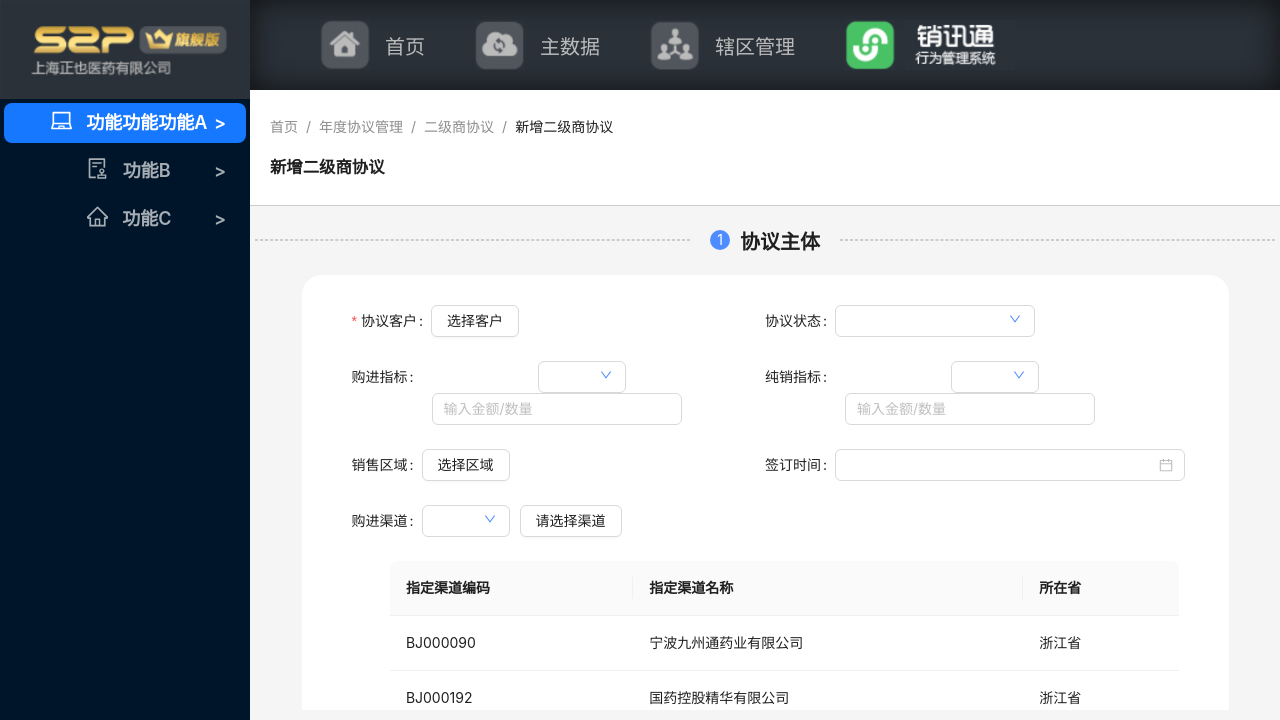
Repository: XiChips/questionB
Page: /
The author's editor kept a copy of each file at every save. The page is drawn from the files as they stood at one save, then again after a run of saves.
The browser window is 1280 px wide. The pictures show the whole page.
An inner scrolling area shows only its first screen. The project was rebuilt for these pictures with package versions that can differ from the ones it lists, and the page was loaded fresh each time. Also part of the build but not shown: vue.config.js.

Above is the page before, as saved 2024-02-28 14:14:49.

### src/main.js
import { createApp } from 'vue'
import App from './App.vue'
import router from './router'
import store from './store'
import { setupAntd } from './ant-design-vue/index'
import { message } from "ant-design-vue";
import './assets/css/index.css'
// import axios from "axios";
// moment.locale('zh-cn')
const app = createApp(App)
setupAntd(app)
// app.use(Button).use(Layout)
app.use(store).use(router).mount('#app')



// app.config.globalProperties.$axios = axios
app.config.globalProperties.$message = message

### src/router/index.js
import { createRouter, createWebHashHistory } from 'vue-router'

const routes = [
  {
    path: '/',
    name: 'home',
    component: () => import('../views/home.vue')
  },
  {
    path: '/about',
    name: 'about',

    component: () => import('../views/AboutView.vue')
  }
]

const router = createRouter({
  history: createWebHashHistory(),
  routes
})

export default router

### src/ant-design-vue/index.js
import { Button, Layout, Image, Form, Checkbox,Radio, Input, Popover, Menu, Drawer, Breadcrumb, Typography, message, Divider, Table, DatePicker, Popconfirm, Space, InputNumber, Select, PageHeader, Steps, Statistic, Transfer, Upload, Switch, Modal, Tabs } from 'ant-design-vue';

// import 'ant-design-vue/dist/antd.min.css'

const components = [
    Button,
    Layout,
    Form,
    Input,
    Menu,
    Breadcrumb,
    Table,
    Popconfirm,
    Select,
    PageHeader,
    Steps,
    Transfer,
    Upload,
    Switch,
    Modal,
    Tabs,
    Statistic,
    InputNumber,
    Space,
    DatePicker,
    Divider,
    Image,
    Typography,
    Drawer,
    Popover,
    Radio,
    Checkbox
]

export function setupAntd(app) {
    components.forEach(component => {
        app.use(component)
    })
    app.config.globalProperties.$message = message
}

### src/assets/css/index.css
body {
    margin: 0;
}

.logo img {
    width: 100%;
}

:where(.css-dev-only-do-not-override-1hsjdkk).ant-menu-dark {
    background-color: rgb(42, 49, 57);
}

.ant-menu .anticon {
    margin-right: 10px;
    font-size   : 18px;
}

.content {
    max-height: 70vh;
    overflow  : auto;
}

.ant-upload-select-picture-card i {
    font-size: 32px;
    color    : #999;
}

.ant-upload-select-picture-card .ant-upload-text {
    margin-top: 8px;
    color     : #666;
}

.ant-upload-list-picture-card .ant-upload-list-item:hover .ant-upload-list-item-info:before {
    left: 0;
}

.ant-page-header {
    background: #fff;
}

.ant-page-header.has-breadcrumb {
    padding: 5px 24px;
}

.ant-menu {
    font-size  : 18px;
    font-weight: 600;
}

.ant-tabs-tab span {
    color      : #000;
    font-weight: bold;
    display    : inline-block;
}


.ant-upload-list-picture-card .ant-upload-list-item-info:before {
    left: 0
}

hr {
    width       : 90%;
    margin      : 0 auto;
    border-color: #99999910;
}

.title {
    background-color: rgb(42, 49, 57);
    display         : flex;
    height          : fit-content;
    padding         : 20px 70px;
    color           : rgb(187, 187, 187);
    box-shadow      : inset 0px 0 30px #111;
}

.title>div {
    margin-right: 50px;
    font-size   : 20px;
}

.title img {
    width         : 50px;
    height        : 50px;
    margin-right  : 15px;
    vertical-align: middle;
}

.title span {
    display         : inline-block;
    vertical-align  : middle;
    /* margin-bottom: 5px; */
}

:where(.css-dev-only-do-not-override-1hsjdkk).ant-menu-inline.ant-menu-root .ant-menu-item>.ant-menu-title-content,
:where(.css-dev-only-do-not-override-1hsjdkk).ant-menu-inline.ant-menu-root .ant-menu-submenu-title>.ant-menu-title-content {
    flex: none;
}

.ant-menu .anticon svg {
    width : 1.5em;
    height: 1.5em;
}

.title2 {
    display        : flex;
    justify-content: space-between;
    align-items    : center;
}

.title2>div {
    width: 300px;
}

.title2 hr {
    height: 1px;
    border: 1px dashed #ccc;
    margin: 0 5px;
}

.title2 span {
    display         : inline-block;
    width           : 20px;
    height          : 20px;
    line-height     : 20px;
    background-color: rgb(79, 140, 255);
    color           : #fff;
    border-radius   : 50%;
    margin-right    : 10px;
    vertical-align  : middle;
}


.title2 p {
    display       : inline-block;
    font-size     : 20px;
    vertical-align: middle;
    font-weight   : bold;
}

.area {
    background-color: #fff;
    border-radius   : 20px;
    width           : 90%;
    margin          : 0 auto;
    padding         : 30px 50px;
    text-align-last : left;
}

.line2 {
    display        : flex;
    justify-content: space-between;
}

.line2>div {
    width: 50%;
}

.area .ant-form-item-control-input {
    width: 25vw;
}

.ant-form-item-control-input-content {
    flex: none !important;
}

:where(.css-dev-only-do-not-override-1hsjdkk).ant-form-item .ant-form-item-label {
    /* position: relative; */
    overflow: visible;
}

:where(.css-dev-only-do-not-override-1hsjdkk).ant-form-item .ant-form-item-label>label.ant-form-item-required:not(.ant-form-item-required-mark-optional)::before {
    position: absolute;
    left    : -12px;
    top     : 7px
}

:where(.css-dev-only-do-not-override-1hsjdkk).ant-select .ant-select-arrow .anticon>svg {
    vertical-align: middle;
}

.areaType {
    display: flex;
    align-items: center;
}

:where(.css-dev-only-do-not-override-1hsjdkk).ant-tabs-card.ant-tabs-top>.ant-tabs-nav .ant-tabs-tab,
:where(.css-dev-only-do-not-override-1hsjdkk).ant-tabs-card.ant-tabs-top>div>.ant-tabs-nav .ant-tabs-tab{
    border-radius: 0;
}

textarea{
    resize: none;
    width: 100%;
    outline: none;
    border: 1px solid #ddd;
    background-color: rgb(248,248,248);
    height: 200px;
}

.btn {
    color: orange;
}

### src/views/home.vue
<template>
  <a-layout>
    <a-layout>
      <a-layout-sider width="250">
        <a-menu theme="dark" v-model:selectedKeys="selectedKeys" v-model:openKeys="openKeys" mode="inline" :style="{ height: '100%', borderRight: 0 }">
          <div class="logo">
            <img src="../assets/images/logo.png" alt="">
          </div>
          <!-- <hr /> -->

          <div v-for="(item, i) in links" style="display: flex;justify-content: space-between;">
            <a-menu-item v-if="item.children == undefined" :key="`item${i}_0`" @click="changeTab(item.name)">
              <LaptopOutlined v-if="item.name == '功能功能功能A'" />
              <AuditOutlined v-if="item.name == '功能B'" />
              <HomeOutlined v-if="item.name == '功能C'" />
              {{ item.name }}
              <span style="position: absolute;right: 20px;">{{ ">" }}</span>
            </a-menu-item>

          </div>
        </a-menu>
      </a-layout-sider>
      <a-layout style="padding: 0px 0px 24px" theme="dark">
        <a-layout-content :style="{ background: 'rgb(245,245,245)', padding: '0px', margin: 0, minHeight: '280px', }">

          <div class="title">
            <div><img src="../assets/images/icon1.png" alt=""><span>首页</span></div>
            <div><img src="../assets/images/icon2.png" alt=""><span>主数据</span></div>
            <div><img src="../assets/images/icon3.png" alt=""><span>辖区管理</span></div>
            <div><img src="../assets/images/icon4.png" alt=""><img src="../assets/images/text.png" style="width: auto;margin-left: -5px;" alt=""></div>
          </div>
          <div style="padding: 10px 20px;background-color: rgb(255,255,255);border-bottom: 1px solid #ccc;">
            <a-breadcrumb :style="{ margin: '36px 20px' }">
              <a-breadcrumb-item>首页</a-breadcrumb-item>
              <a-breadcrumb-item>年度协议管理</a-breadcrumb-item>
              <a-breadcrumb-item>二级商协议</a-breadcrumb-item>
              <a-breadcrumb-item>新增二级商协议</a-breadcrumb-item>
            </a-breadcrumb>
            <h3 style="text-align: left;">
              新增二级商协议
            </h3>
          </div>
          <div class="content">
            <div class="title2">
              <hr>
              <div>
                <span>1</span>
                <p>协议主体</p>
              </div>
              <hr>
            </div>
            <div class="area">
              <a-form :model="formState" autocomplete="off" @finish="onFinish" @finishFailed="onFinishFailed">
                <div class="line2">

                  <a-form-item label="协议客户" :rules="[{ required: true}]">
                    <a-button v-if="visible" @click="selectCustom">选择客户</a-button>
                    <a-select defaultOpen v-if="!visible" v-model:value="inputs.value1c" show-search placeholder="" style="width: 200px" :options="options" :filter-option="filterOption" @focus="handleFocus" @blur="handleBlur" @change="changeCustom"></a-select>
                    <span style="margin-left: 20px;">{{ inputs.value1 }}</span>
                  </a-form-item>
                  <a-form-item label="协议状态">
                    <a-select v-model:value="inputs.value2" placeholder="" style="width: 200px" :options="options2" :filter-option="filterOption" @focus="handleFocus" @blur="handleBlur" @change="handleChange">
                      <template #suffixIcon>
                        <down-outlined style="width: 15px;height: 15px;color: rgb(78,139,254);" />
                      </template>
                    </a-select>
                  </a-form-item>
                </div>
                <div class="line2">
                  <a-form-item label="购进指标">
                    <a-select v-model:value="inputs.value3" placeholder="" style="width: 88px" :options="options3" :filter-option="filterOption" @focus="handleFocus" @blur="handleBlur" @change="handleChange">
                      <template #suffixIcon>
                        <down-outlined style="width: 15px;height: 15px;color: rgb(78,139,254);" />
                      </template>
                    </a-select>
                    <a-input v-model:value="inputs.value3" placeholder="输入金额/数量" style="width: 250px;margin-left: 10px;"></a-input>
                  </a-form-item>
                  <a-form-item label="纯销指标">
                    <a-select v-model:value="inputs.value3" placeholder="" style="width: 88px" :options="options3" :filter-option="filterOption" @focus="handleFocus" @blur="handleBlur" @change="handleChange">
                      <template #suffixIcon>
                        <down-outlined style="width: 15px;height: 15px;color: rgb(78,139,254);" />
                      </template>
                    </a-select>
                    <a-input v-model:value="inputs.value3" placeholder="输入金额/数量" style="width: 250px;margin-left: 10px;"></a-input>
                  </a-form-item>
                </div>
                <div class="line2">
                  <a-form-item label="销售区域">
                    <a-button v-if="visible2" @click="selectArea">选择区域</a-button>
                    <a-select v-if="!visible2" v-model:value="inputs.value7c" placeholder="" style="width: 88px" :options="options4" :filter-option="filterOption" @focus="handleFocus" @blur="handleBlur" @change="changeArea">
                      <template #suffixIcon>
                        <down-outlined style="width: 15px;height: 15px;color: rgb(78,139,254);" />
                      </template>
                    </a-select>
                    <a-button type="primary" v-if="inputs.value7.length" v-for="(item,id) in inputs.value7" style="margin-left: 10px;"><span @click="deleteItem(id)">{{ item }}
                        <close-outlined /></span></a-button>
                  </a-form-item>
                  <a-form-item label="签订时间">
                    <a-date-picker placeholder="" show-time v-model:value="value1" style="width:350px" />
                  </a-form-item>
                </div>
              </a-form>
              <div class="line2">
                <a-form-item label="购进渠道">
                  <a-select v-model:value="inputs.value3" placeholder="" style="width: 88px" :options="options5" :filter-option="filterOption" @focus="handleFocus" @blur="handleBlur" @change="handleChange">
                    <template #suffixIcon>
                      <down-outlined style="width: 15px;height: 15px;color: rgb(78,139,254);" />
                    </template>
                  </a-select>
                  <a-button style="margin-left: 10px;">请选择渠道</a-button>
                </a-form-item>
              </div>

              <div style="padding-left: 3vw;">
                <a-table :dataSource="data" :columns="columns" :pagination="false" />
              </div>

            </div>

            <div class="title2">
              <hr>
              <div>
                <span>2</span>
                <p>产品政策</p>
              </div>
              <hr>
            </div>

            <div style="text-align: left;margin-left: 5%;margin-bottom: 20px;">
              <a-button type="primary">添加产品</a-button>
              <span style="margin-left: 20px;">购进总指标(万元)：<b>￥152.65</b></span>
              <span style="margin-left: 20px;">指标按季度分解(万元):<b>[Q1]￥12.5，[Q2]￥12.5，[Q3] ￥12.5，[Q4]￥12.5</b></span>
              <span style="margin-left: 20px;">纯销总指标(万元):<b>￥152.65</b></span>
            </div>

            <div class="area">
              <div class="areaType">
                <span>产品：</span>
                <a-button style="margin-left: 20px;">选择产品</a-button>
                <a style="margin-left: 20px;">美复胶丸 24粒/盒</a>
                <span style="margin-left: 80px;">协议效期：</span>
                <a-range-picker v-model:value="value4" :placeholder="['','']" :format="dateFormat" />
              </div>
              <a-table :columns="columns2" :data-source="data2" bordered :pagination="false" style="margin-top: 20px;">
                <template #bodyCell="{ column, text, record }">
                  <template v-if="['col1', 'col2', 'col3', 'col4', 'col5', 'col6', 'col7'].includes(column.dataIndex)">
                    <div>
                      <a-input v-model:value="record.key" style="margin: -5px 0" />
                    </div>
                  </template>
                </template>
              </a-table>
              <a-table :columns="columns3" :data-source="data3" bordered :pagination="false" style="margin-top: 20px;">
                <template #bodyCell="{ column, text, record }">
                  <template v-if="['col1',  'col3', 'col5'].includes(column.dataIndex)">
                    <div>
                      <a-input v-model:value="record.key" style="margin: -5px 0" />
                    </div>
                  </template>
                  <template v-if="[ 'col2',  'col4',  'col6'].includes(column.dataIndex)">
                    <div>
                      <a-select v-model:value="record.key" style="width:150px" show-search placeholder="" :options="options" :filter-option="filterOption" @focus="handleFocus" @blur="handleBlur" @change="changeCustom"></a-select>
                    </div>
                  </template>
                  <template v-if="[ 'col7',  'col8'].includes(column.dataIndex)">
                    <div>
                      <a-date-picker placeholder="" v-model:value="value1" style="width:150px" />
                    </div>
                  </template>
                </template>
              </a-table>
            </div>
            <div class="title2">
              <hr>
              <div>
                <span>3</span>
                <p>补充协议</p>
              </div>
              <hr>
            </div>
            <div class="area">
              <a-tabs v-model:activeKey="activeKey2" type="card">
                <a-tab-pane key="1" tab="补充协议1">
                  <div style="display: flex;justify-content: space-between;margin-bottom: 10px;">
                    <span>补充协议：</span>
                    <a-button class="btn">删除</a-button>
                  </div>
                  <textarea></textarea>
                </a-tab-pane>
                <a-tab-pane key="2" tab="补充协议2" force-render>

                </a-tab-pane>
                <a-tab-pane key="3" tab="补充协议3">

                </a-tab-pane>
              </a-tabs>
            </div>

            <div class="save">
              <a-button type="primary">保存</a-button>
            </div>
          </div>
          <!-- <router-view v-else></router-view> -->
        </a-layout-content>
      </a-layout>

    </a-layout>
  </a-layout>
</template>
<script>
import {
  UserOutlined,
  LaptopOutlined,
  NotificationOutlined,
  HomeOutlined,
  TeamOutlined,
  DesktopOutlined,
  BarChartOutlined,
  ContactsOutlined,
  AuditOutlined,
  ScheduleOutlined,
  ToolOutlined,
  FundProjectionScreenOutlined,
  UserSwitchOutlined,
  TransactionOutlined,
  DownOutlined,
  CloseOutlined
} from "@ant-design/icons-vue";
import { defineComponent, ref } from "vue";

export default defineComponent({
  components: {
    UserOutlined,
    LaptopOutlined,
    NotificationOutlined,
    HomeOutlined,
    TeamOutlined,
    DesktopOutlined,
    BarChartOutlined,
    ContactsOutlined,
    AuditOutlined,
    ScheduleOutlined,
    ToolOutlined,
    FundProjectionScreenOutlined,
    UserSwitchOutlined,
    TransactionOutlined,
    DownOutlined,
    CloseOutlined
  },
  name: "home",
  data() {
    return {
      activeKey: 0,
      activeKey2: "1",
      formState: {
        username: "",
        password: "",
      },
      inputs: {
        value1: "",
        value1c: "",
        value2: "",
        value3: "",
        value4: "",
        value7c: "",
        value7: [],
      },
      visible: true,
      visible2: true,
      links: [
        {
          name: "功能功能功能A",
        },
        {
          name: "功能B",
        },
        {
          name: "功能C",
        },
      ],
      options: [{ value: "上海正也医药有限公司", id: "上海正也医药有限公司" }],
      options2: [{ value: "正常", id: "正常" }, { value: "异常", id: "异常" }],
      options3: [{ value: "金额", id: "金额" }, { value: "金额", id: "金额" }],
      options4: [{ value: "全国", id: "全国" }, { value: "上海", id: "上海" }],
      options5: [{ value: "指定渠道", id: "指定渠道" }],
      pages: [{ name: "首页", link: "/" }],
      data: [{
        col1: "BJ000090",
        col2: "宁波九州通药业有限公司",
        col3: "浙江省",
      },
      {
        col1: "BJ000192",
        col2: "国药控股精华有限公司",
        col3: "浙江省",
      },
      {
        col1: "BJ000283",
        col2: "老百姓药业有限公司",
        col3: "浙江省",
      }],
      columns: [
        {
          title: '指定渠道编码',
          dataIndex: 'col1',
          key: 'col1',
        },
        {
          title: '指定渠道名称',
          dataIndex: 'col2',
          key: 'col2',
        },
        {
          title: '所在省',
          dataIndex: 'col3',
          key: 'col3',
        }
      ],
      data2: [{
        col1: "BJ000090",
        col2: "宁波九州通药业有限公司",
        col3: "浙江省",
      },],
      columns2: [
        {
          title: '协议价（元）',
          dataIndex: 'col1',
          key: 'col1',
        },
        {
          title: '票折（元）',
          dataIndex: 'col2',
          key: 'col2',
        },
        {
          title: '购进指标量(大单位)',
          dataIndex: 'col3',
          key: 'col3',
        },
        {
          title: '购进指标量(小单位)',
          dataIndex: 'col4',
          key: 'col4',
        },
        {
          title: '购进金额(万元)',
          dataIndex: 'col5',
          key: 'col5',
        },
        {
          title: '纯销指标量(小单位)',
          dataIndex: 'col6',
          key: 'col6',
        },
        {
          title: '纯销指标金额(万元)',
          dataIndex: 'col7',
          key: 'col7',
        }
      ],
      data3: [{
        col1: "BJ000090",
        col2: "宁波九州通药业有限公司",
        col3: "浙江省",
      },],
      columns3: [
        {
          title: '分销奖励',
          dataIndex: 'col1',
          key: 'col1',
        },
        {
          title: '费用科目',
          dataIndex: 'col2',
          key: 'col2',
        },
        {
          title: '零售配送',
          dataIndex: 'col3',
          key: 'col3',
        },
        {
          title: '费用科目',
          dataIndex: 'col4',
          key: 'col4',
        },
        {
          title: '医疗配送商',
          dataIndex: 'col5',
          key: 'col5',
        },
        {
          title: '费用科目',
          dataIndex: 'col6',
          key: 'col6',
        },
        {
          title: '自定义7',
          dataIndex: 'col7',
          key: 'col7',
        },
        {
          title: '自定义8',
          dataIndex: 'col8',
          key: 'col8',
        }
      ],
      routes: [],
    };
  },
  setup() {
    return {
      selectedKeys: ref(["item0_0"]),
      collapsed: ref(false),
      openKeys: ref(["title1"]),
      basePath: "/index",
    };
  },
  methods: {
    changeTab() {

    },
    selectCustom() {
      this.visible = false
      this.inputs.value1c = ""
    },
    changeCustom() {
      this.visible = true
      this.inputs.value1 = this.inputs.value1c
    },
    selectArea() {
      this.visible2 = false
      this.inputs.value7c = ""
    },
    changeArea() {
      this.inputs.value7.push(this.inputs.value7c)
      this.inputs.value7 = Array.from(new Set(this.inputs.value7))
      this.inputs.value7c = ""
    },
    deleteItem(id) {
      this.inputs.value7.splice(id, 1)
    }
  },
  created() { },
  beforeMounte() { },
  mounted() {

  },
  watch: {
    $route(to, from) {
      // console.log(from.path);//从哪来
      // console.log(to.path);//到哪去
    },
  },
});
</script>
<style>
.ant-layout {
  height: 100vh;
}
.ant-breadcrumb {
  margin: 16px 0 !important;
}
</style>

Loaded but not shown: public/index.html (common file); src/App.vue (common file); src/store/index.js (common file)

After the next 2 saves:
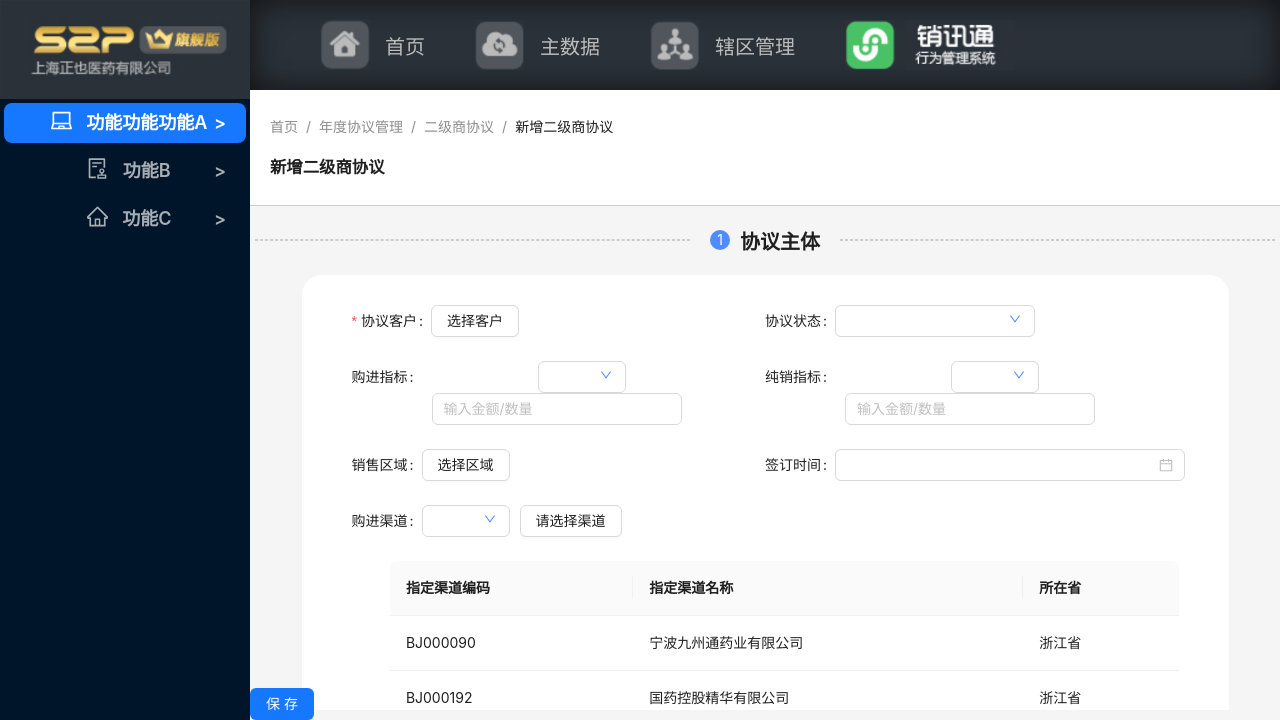
The 2 saves are shown as one change because they came seconds apart.
The last was saved 12 s later.
--- a/src/assets/css/index.css
+++ b/src/assets/css/index.css
@@ -200,3 +200,8 @@
 .btn {
     color: orange;
 }
+
+.save{
+    position: absolute;
+    bottom: 0;
+}
